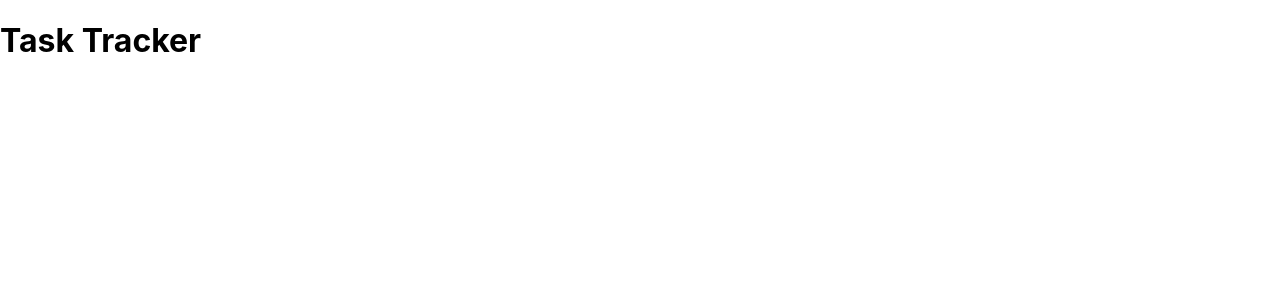
Repository: feyroozecode/task_tracker
Page: /
These files come from the project's save history. The page is drawn as it stood at one moment and after the next save; the edit follows.
The browser window is 1280 px wide. The pictures show the whole page.
The project was rebuilt for these pictures with package versions that can differ from the ones it lists, and the page was loaded fresh each time.

Above is the page before, as saved 2023-10-19 12:38:10.

After the next save:
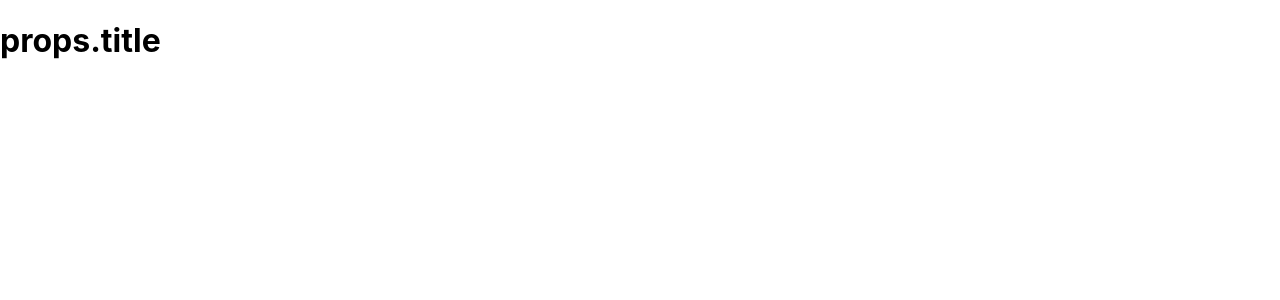
Saved 24 s later.
--- a/src/components/Header.js
+++ b/src/components/Header.js
@@ -2,7 +2,7 @@
 const Header = (props) => {
     return (
         <header>
-            <h1>Task Tracker</h1>
+            <h1>props.title</h1>
         </header>
     )
 }
